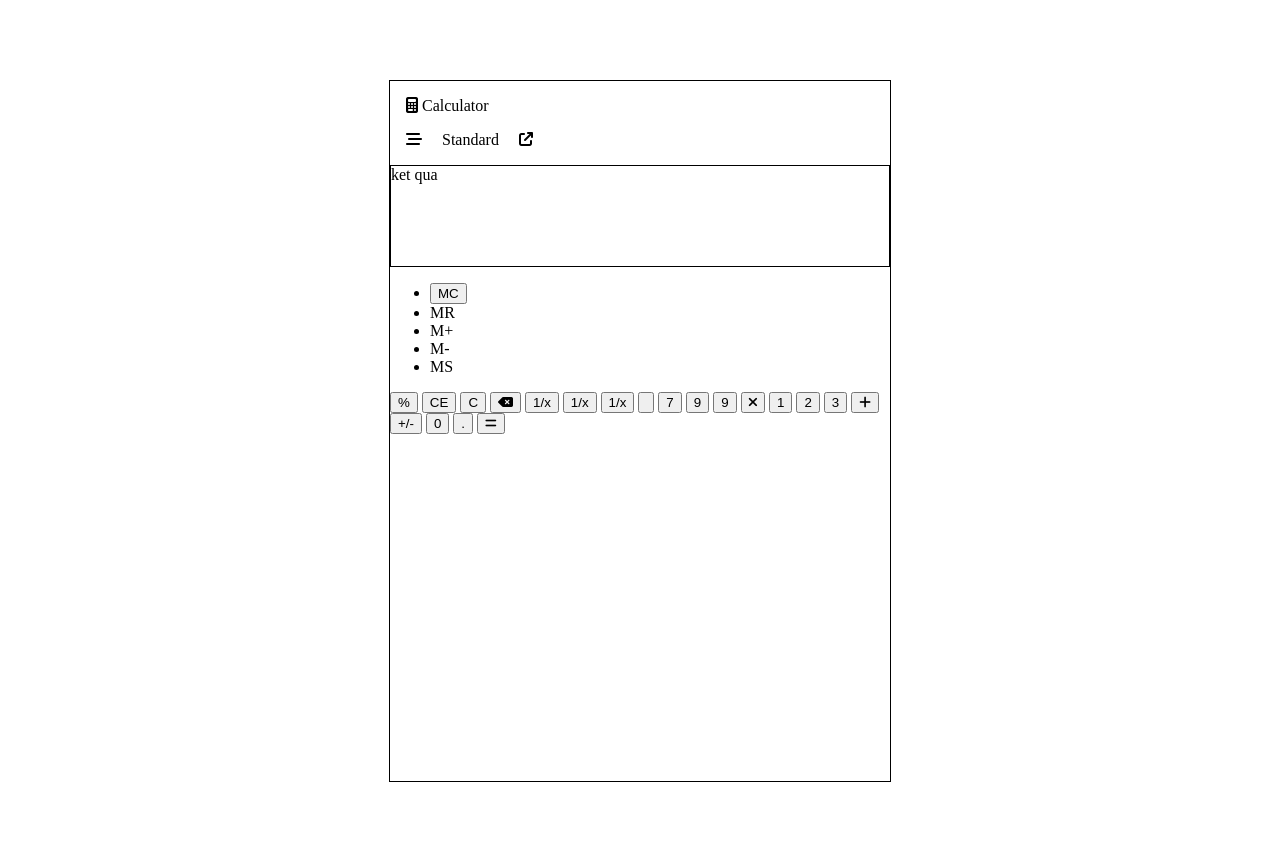
Repository: tungts3qb/Javascript
Page: Calculator/Calculator.html
An editor plug-in stored every save of this project. The page is shown before and after the next save, followed by the edit.
The browser window is 1280 px wide. The pictures show the whole page.

Above is the page before, as saved 2022-12-26 10:55:23.

### Calculator/Calculator.html
<!DOCTYPE html>
<html lang="en">
  <head>
    <meta charset="UTF-8" />
    <meta http-equiv="X-UA-Compatible" content="IE=edge" />
    <meta name="viewport" content="width=device-width, initial-scale=1.0" />
    <link rel="stylesheet" href="./style.css" />
    <link
      rel="stylesheet"
      href="https://cdnjs.cloudflare.com/ajax/libs/font-awesome/6.2.1/css/all.min.css"
      integrity="sha512-MV7K8+y+gLIBoVD59lQIYicR65iaqukzvf/nwasF0nqhPay5w/9lJmVM2hMDcnK1OnMGCdVK+iQrJ7lzPJQd1w=="
      crossorigin="anonymous"
      referrerpolicy="no-referrer"
    />
    <title>Calculator</title>
  </head>
  <body>
    <div class="calculator">
      <div class="calculator-header">
        <i class="fa-solid fa-calculator"></i>
        <span>Calculator</span>
      </div>
      <div class="calculator-nav">
        <i class="fa-solid fa-bars-staggered"></i>
        <span>Standard</span>
        <i class="fa-solid fa-arrow-up-right-from-square"></i>
      </div>
      <div class="caculator-result"><span>ket qua</span></div>
      <div class="calculator-special-function">
        <ul>
          <li><button>MC</button></li>
          <li>MR</li>
          <li>M+</li>
          <li>M-</li>
          <li>MS</li>
        </ul>
      </div>
      <div class="calculator-buttons">
        <button class="calculator-button">%</button>
        <button class="calculator-button">CE</button>
        <button class="calculator-button">C</button>
        <button class="calculator-button">
          <i class="fa-solid fa-delete-left"></i>
        </button>
        <button class="calculator-button">1/x</button>
        <button class="calculator-button">1/x</button>
        <button class="calculator-button">1/x</button>
        <button class="calculator-button">
          <i class="fas fa-buttonide"></i>
        </button>
        <button class="calculator-button">7</button>
        <button class="calculator-button">9</button>
        <button class="calculator-button">9</button>
        <button class="calculator-button"><i class="fas fa-times"></i></button>
        <button class="calculator-button">1</button>
        <button class="calculator-button">2</button>
        <button class="calculator-button">3</button>
        <button class="calculator-button"><i class="fas fa-plus"></i></button>
        <button class="calculator-button">+/-</button>
        <button class="calculator-button">0</button>
        <button class="calculator-button">.</button>
        <button class="calculator-button"><i class="fas fa-equals"></i></button>
      </div>
    </div>
    <script src="./script.js"></script>
  </body>
</html>

### Calculator/style.css
.calculator {
  width: 500px;
  height: 700px;
  border: 1px solid black;
  margin: 5rem auto;
}

.calculator-header {
  margin-top: 1rem;
  padding-left: 1rem;
}

.calculator-nav {
  padding-left: 1rem;
  margin-top: 1rem;
}

.calculator-nav span {
  margin-left: 1rem;
  margin-right: 1rem;
}

.caculator-result {
  border: 1px solid black;
  margin-top: 1rem;
  height: 100px;
}

.caculator-result span {
}

Loaded but not shown: Calculator/script.js (no stored copy; drawn as an empty file)

After the next save:
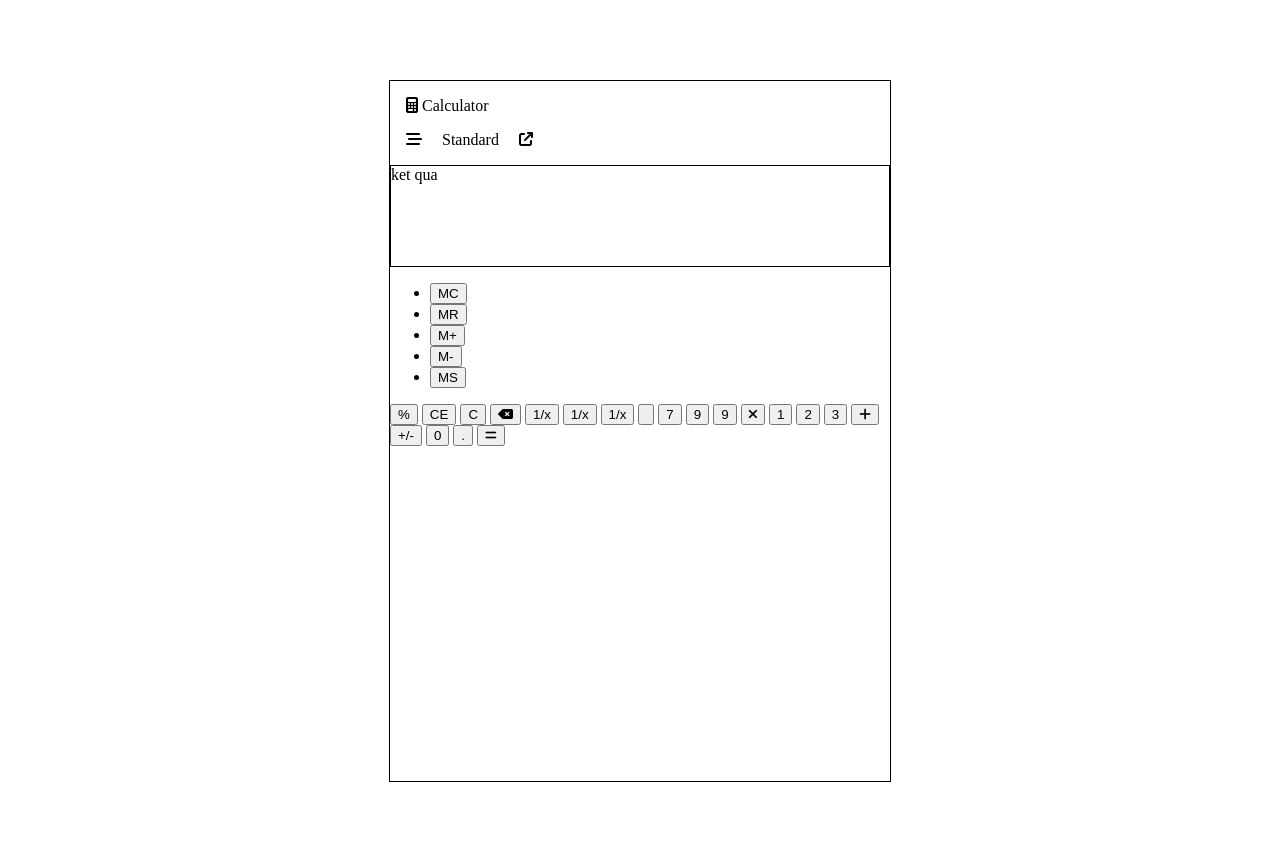
Saved 30 s later.
--- a/Calculator/Calculator.html
+++ b/Calculator/Calculator.html
@@ -29,10 +29,10 @@
       <div class="calculator-special-function">
         <ul>
           <li><button>MC</button></li>
-          <li>MR</li>
-          <li>M+</li>
-          <li>M-</li>
-          <li>MS</li>
+          <li><button>MR</button></li>
+          <li><button>M+</button></li>
+          <li><button>M-</button></li>
+          <li><button>MS</button></li>
         </ul>
       </div>
       <div class="calculator-buttons">
